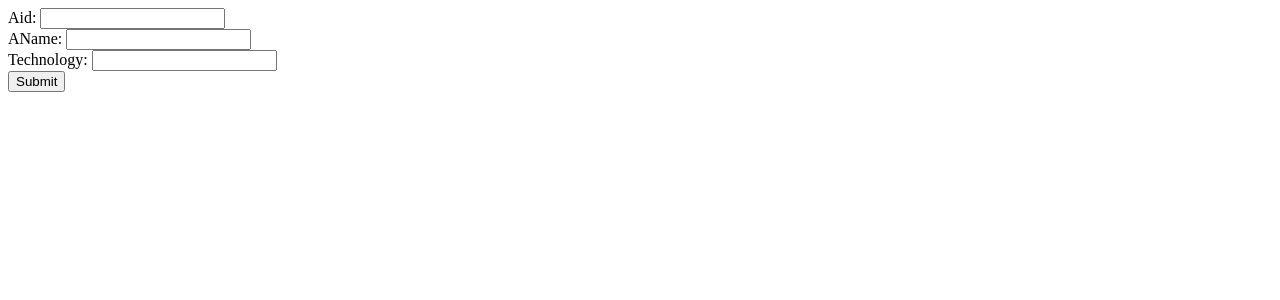
Repository: kjavvaji/SpringBoot
Page: http://localhost/SpringBootJPA2/home.jsp
The author's editor kept a copy of each file at every save. The page is drawn from the files as they stood at one save, then again after the next save.
The browser window is 1280 px wide. The pictures show the whole page.
The page is served by Tomcat 9. Other server files are loaded and not shown.

Above is the page before, as saved 2019-08-22 20:43:55.

### SpringBootJPA2/src/main/webapp/home.jsp
<%@ page language="java" contentType="text/html; charset=ISO-8859-1"
    pageEncoding="ISO-8859-1"%>
<!DOCTYPE html>
<html>
<head>
<meta charset="ISO-8859-1">
<title>Home Screen</title>
</head>
<body>
		<form action="addAlien">
				      Aid:  <input type ="text" name ="aid"><br>
					  AName:	 <input type="text" name ="aName"><br>
					  Technology:	 <input type="text" name ="tech"><br>
				<input type="submit">
		</form>
</body>
</html>

After the next save:
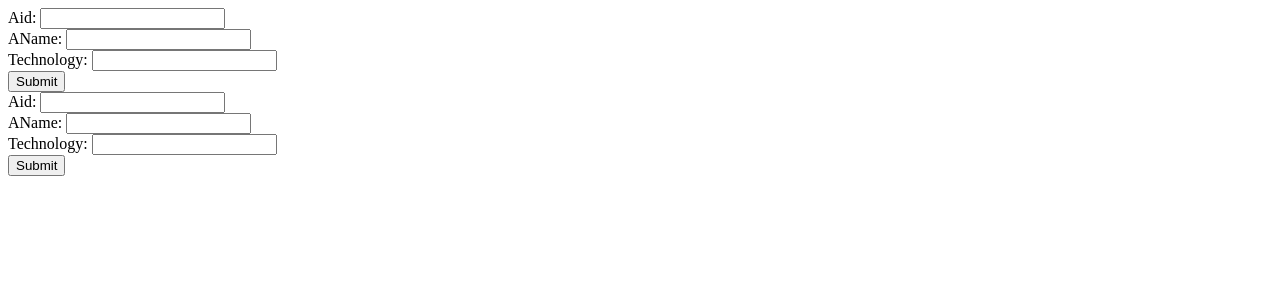
Saved 37 s later.
--- a/SpringBootJPA2/src/main/webapp/home.jsp
+++ b/SpringBootJPA2/src/main/webapp/home.jsp
@@ -13,5 +13,12 @@
 					  Technology:	 <input type="text" name ="tech"><br>
 				<input type="submit">
 		</form>
+
+		<form action="addAlien">
+				      Aid:  <input type ="text" name ="aid"><br>
+					  AName:	 <input type="text" name ="aName"><br>
+					  Technology:	 <input type="text" name ="tech"><br>
+					  <input type="submit">
+		</form>
 </body>
 </html>
